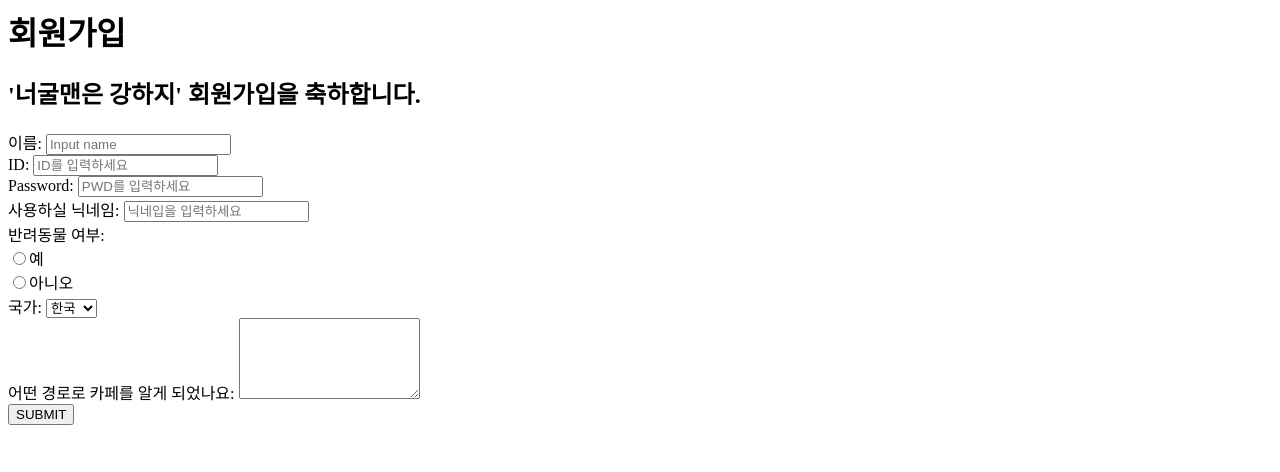
Repository: sangeun100/html
Page: http://localhost/login/register
These files come from the project's save history. The page is drawn as it stood at one moment and after the next save; the edit follows.
The browser window is 1280 px wide. The pictures show the whole page.
The page is this project's Thymeleaf template; nobody is signed in. The template is opened directly, without the code that normally fills it, so the values that code supplies are empty.

Above is the page before, as saved 2022-05-24 00:30:24.
Console error: ReferenceError: $ is not defined

### day061/src/main/resources/templates/login/register.html
<meta charset="UTF-8">


<script>
/* function checkid(id) {
	$.ajax({
		url:'checkid',
		data:{'id':id},
		success:function(data){
		if(data == '1') {
			$('#iid').text('사용가능 합니다.');
		}else {
			$('#iid').text('사용 불가능 합니다.');
		}
	  }
	});
}; */
$(document).ready(function () {
	$('input[name="name"]').keyup(function () { // 이름은 3자리 이상이어야 함
		var id = $(this).val();
		if (id.length < 3) {
			$('#sname').text('3자리 이상이어야 합니다.');
		  }else { //3자리 이상이면 서버에 전송
			  $('#sname').text('');
		  }
	$('input[name="id"]').keyup(function () {
		var id = $(this).val();
		if (id.length < 3) {
			$('#iid').text('3자리 이상이어야 합니다.');
			 }else {
				 $('#iid').text('');
				//checkid(id); //ajax에서 aaaa~ cccc 는 사용 불가 아이디
		}

	$('button').attr('disabled','disabled'); // 다 입력안하면 클릭불가
	$('button').click(function () {

		$('#register_form1').attr({ //등록페이지 받아오기, 제출
			'action':'register_form1impl',
			'method':'post'
		});
		$('#register_form1').submit();
		});
	$('button').removeAttr('disabled'); // 다 입력하면 클릭 가능
	});
  });
});
</script>
<h1>회원가입</h1>

<div>
<h2>'너굴맨은 강하지' 회원가입을 축하합니다.</h2>
<form id="register_form1">
<!-- 이름칸 -->
<div class="form-group">
	  <label for="name">이름:</label>
	  <input type="text" name="name" class="form-control" id="name" placeholder="Input name">
      <span id="sname"></span>
	</div>
<!-- 아이디칸 -->
<div class="form-group">
	  <label for="id">ID:</label>
	  <input type="text" name="id" class="form-control" id="id" placeholder="ID를 입력하세요">
      <span id="iid"></span>
	</div>
<!-- 비밀번호 칸  -->
	<div class="form-group">
	  <label for="pwd">Password:</label>
	  <input type="password" name="pwd" class="form-control" id="pwd" placeholder="PWD를 입력하세요">
	  <span id="pwd" class="help-block"></span>
	</div>
<!-- 닉네임칸 -->
<div class="form-group">
	  <label for="nid">사용하실 닉네임:</label>
	  <input type="text" name="nid" class="form-control" id="nid" placeholder="닉네입을 입력하세요">
      <span id="nid"></span>
	</div>

<!-- 성별
	<div class="radio">
	  <label><input type="radio" name="optradio2" value="op2">남성</label>
	<span id="optradio2"></span></div>
	<div class="radio">
	  <label><input type="radio" name="optradio3" value="op3">여성</label>
	<span id="optradio3"></span></div> -->

<!-- 반려동물 여부-->
<label for="comment"><div>반려동물 여부:</div></label>
	<div class="radio">
	<label><input type="radio" name="optradio2" value="op2">예</label>
	<span id="optradio2"></span></div>
	<div class="radio">
	<label><input type="radio" name="optradio3" value="op3">아니오</label>
	<span id="optradio3"></span></div>
<!-- 국가 -->
<div class="form-group">
	  <label for="sel">국가:</label>
	  <select class="form-control" id="sel" name="sel">
	    <option value="1">한국</option>
	    <option value="2">미국</option>
	    <option value="3">일본</option>
	    <option value="3">중국</option>
	    <option value="4">그 외</option>
	  </select>
	<span id="sel" class="help-block"></span>
	</div>
<!-- 코멘트 -->
<div class="form-group">
  <label for="comment">어떤 경로로 카페를 알게 되었나요:</label>
  <textarea class="form-control" rows="5" id="comment" name="comment"></textarea>
 <span id="comment" class="help-block"></span>
 </div>
<button id="register_bt" type="button">SUBMIT</button>
</form>
</div>

After the next save:
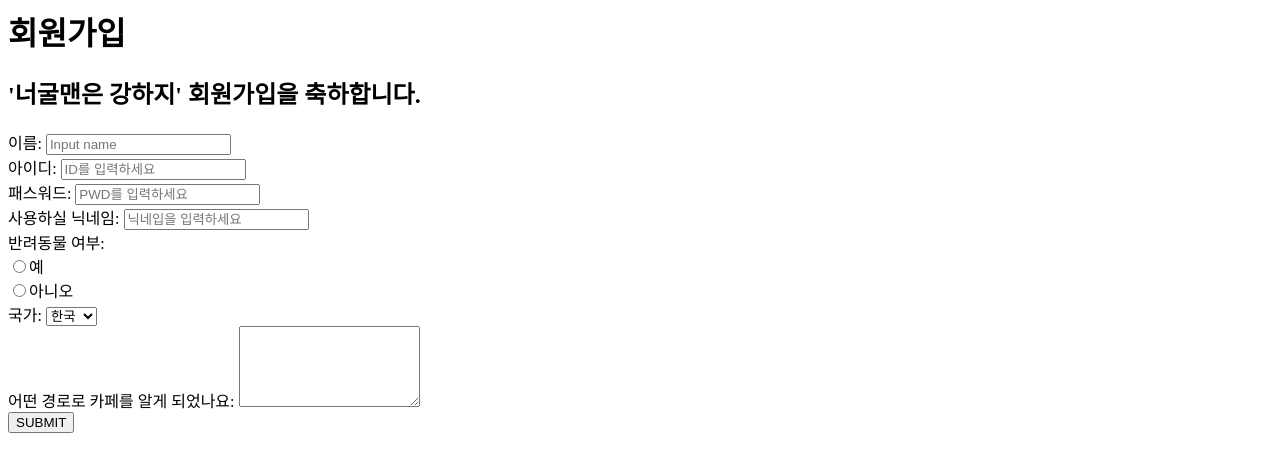
Saved 23 s later.
--- a/day061/src/main/resources/templates/login/register.html
+++ b/day061/src/main/resources/templates/login/register.html
@@ -59,13 +59,13 @@ $(document).ready(function () {
 	</div>
 <!-- 아이디칸 -->
 <div class="form-group">
-	  <label for="id">ID:</label>
+	  <label for="id">아이디:</label>
 	  <input type="text" name="id" class="form-control" id="id" placeholder="ID를 입력하세요">
       <span id="iid"></span>
 	</div>
 <!-- 비밀번호 칸  -->
 	<div class="form-group">
-	  <label for="pwd">Password:</label>
+	  <label for="pwd">패스워드:</label>
 	  <input type="password" name="pwd" class="form-control" id="pwd" placeholder="PWD를 입력하세요">
 	  <span id="pwd" class="help-block"></span>
 	</div>
